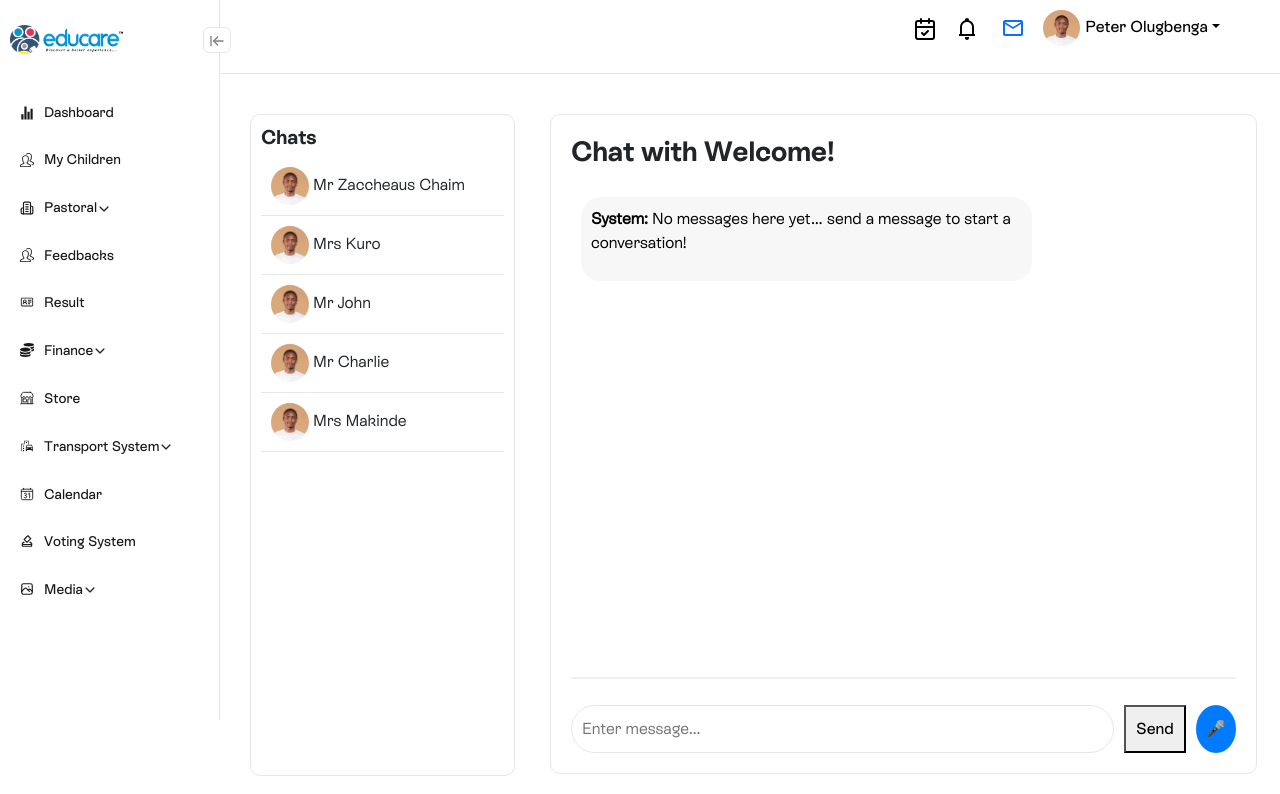
Repository: sarahnnanyelugo/educare-dashboards
Page: /chat-interface
An editor plug-in stored every save of this project. The page is shown before and after the next save, followed by the edit.
The browser window is 1280 px wide. The pictures show the whole page.
The project was rebuilt for these pictures with package versions that can differ from the ones it lists, and the page was loaded fresh each time. Also part of the build but not shown: src/Dashboards/Parents/Feedbacks/feedbacks.scss, src/components/AppTable/table.scss, src/components/AppTable/AppTable.js, src/Utils/DataUtils.js, src/components/Select/select.scss, src/components/Select/Select.js, src/components/Search/search.scss, src/components/Search/Search.js and 50 more.

Above is the page before, as saved 2024-11-27 13:07:50.

After the next save:
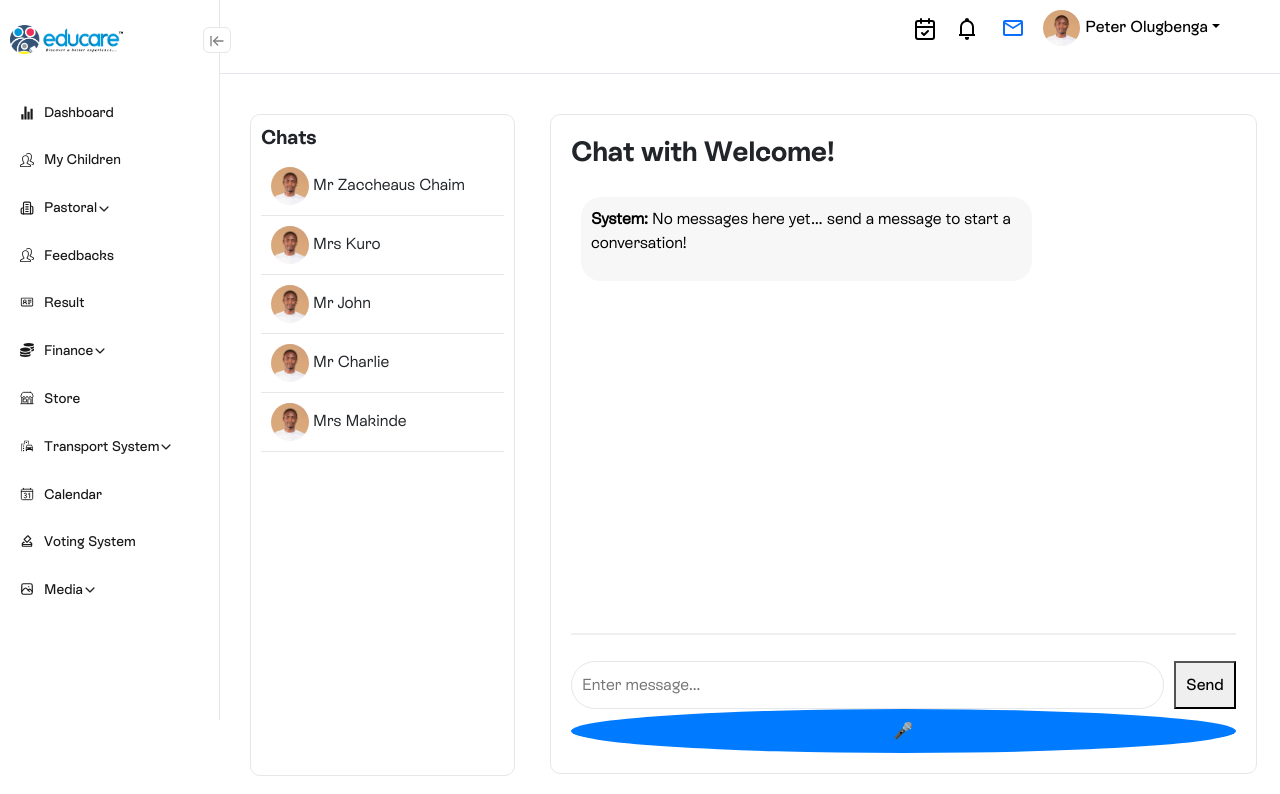
Saved 80 s later.
--- a/src/components/TopNav/ChatInterface/ChatWindow.js
+++ b/src/components/TopNav/ChatInterface/ChatWindow.js
@@ -114,7 +114,6 @@ export const ChatWindow = ({ messages, selectedContact }) => {
         ))}
       </div>
       <hr />
-
       <div className="input-box">
         <input
           type="text"
@@ -123,13 +122,13 @@ export const ChatWindow = ({ messages, selectedContact }) => {
           placeholder="Enter message..."
         />
         <button onClick={handleSend}>Send</button>
-        <button
-          onClick={recording ? handleStopRecording : handleStartRecording}
-          className={`record-button ${recording ? "recording" : ""}`}
-        >
-          🎤
-        </button>
-      </div>
+      </div>{" "}
+      <button
+        onClick={recording ? handleStopRecording : handleStartRecording}
+        className={`record-button ${recording ? "recording" : ""}`}
+      >
+        🎤
+      </button>
     </div>
   );
 };
